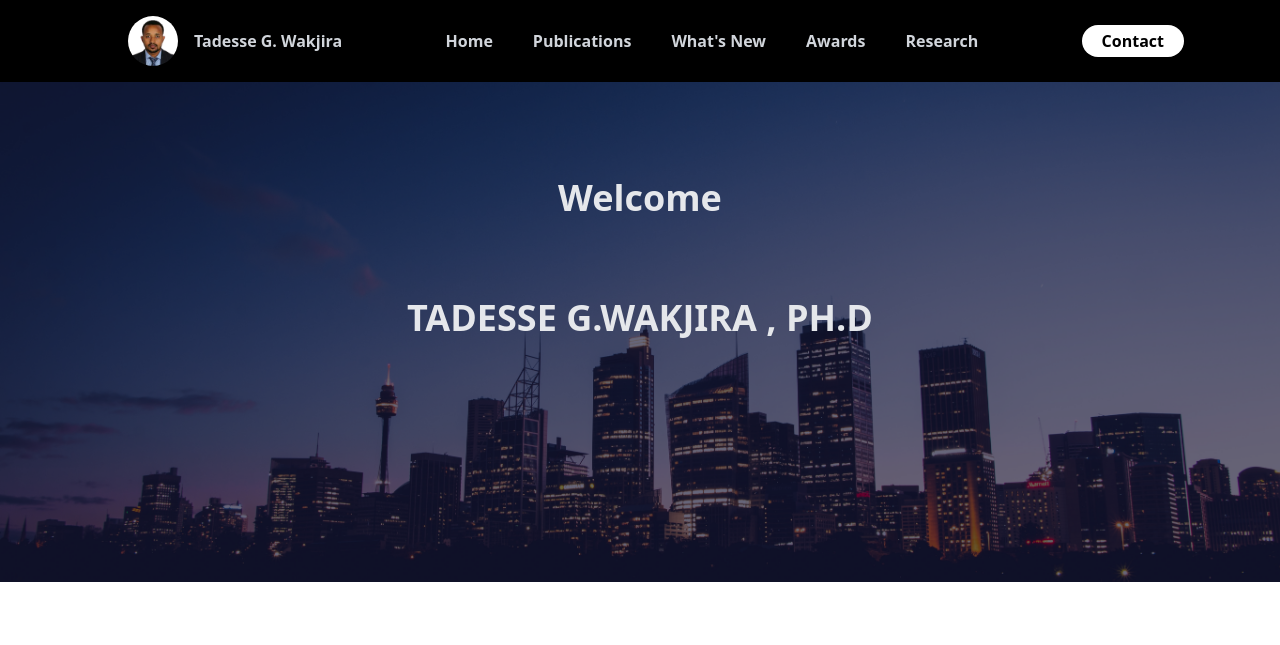
Repository: Elias-Kibret/Tade-portfoilo
Page: /
The author's editor kept a copy of each file at every save. The page is drawn from the files as they stood at one save, then again after a run of saves.
The browser window is 1280 px wide. The pictures show the whole page.
The project was rebuilt for these pictures with package versions that can differ from the ones it lists, and the page was loaded fresh each time. The framework's server and built-in components were replaced by stand-ins that run in the browser. Also part of the build but not shown: next.config.js.

Above is the page before, as saved 2022-06-28 01:46:11.

After the next 2 saves:
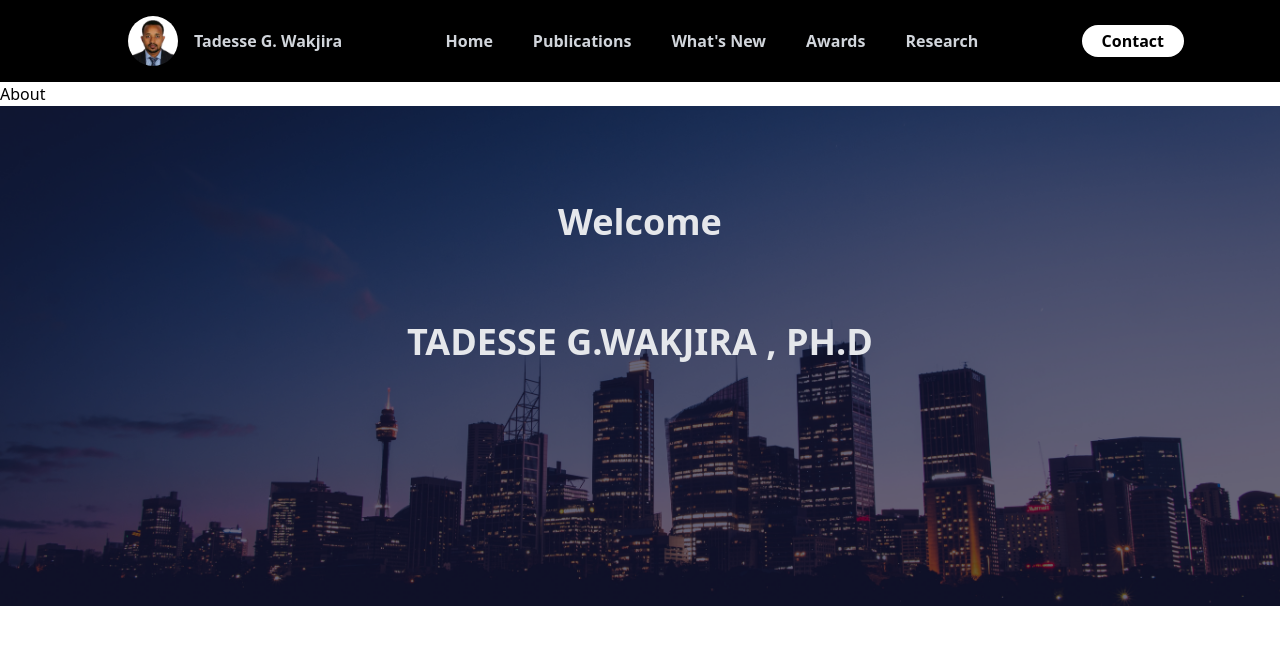
The 2 saves are shown as one change because they came seconds apart.
The last was saved 15 s later.
--- a/pages/index.tsx
+++ b/pages/index.tsx
@@ -1,6 +1,7 @@
 import type { NextPage } from 'next'
 import Head from 'next/head'
 import Image from 'next/image'
+import About from '../components/About'
 import Header from '../components/Header'
 import Hero from '../components/Hero'
 const Home: NextPage = () => {
@@ -11,6 +12,7 @@ const Home: NextPage = () => {
         <link rel="icon" href="/favicon.ico" />
       </Head>
       <Header/>
+      <About/>
       <Hero/>
     </div>
   )
